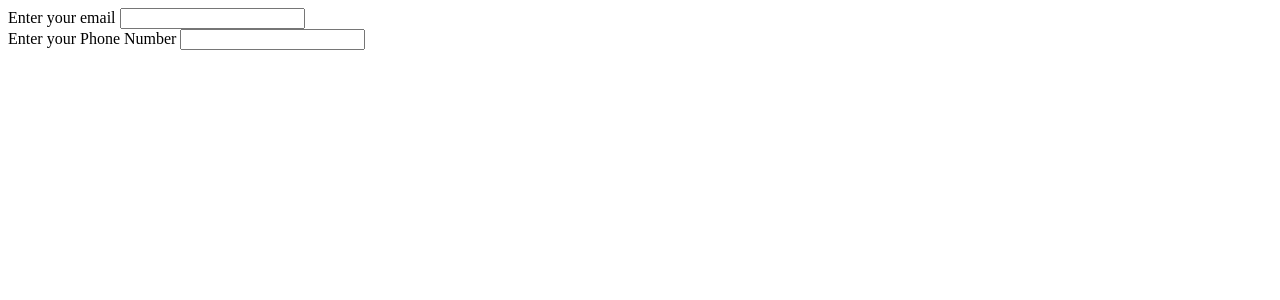
Repository: OmarAl-Saleh/Hospital-Emergency-System
Page: http://localhost/EmergencySystem/patient/sign-in.jsp
The author's editor kept a copy of each file at every save. The page is drawn from the files as they stood at one save, then again after the next save.
The browser window is 1280 px wide. The pictures show the whole page.
The page is served by Tomcat 9. Other server files are loaded and not shown.

Above is the page before, as saved 2024-05-22 08:18:28.

### EmergencySystem/EmergencySystem/src/main/webapp/patient/sign-in.jsp
<%@ page language="java" contentType="text/html; charset=ISO-8859-1"
    pageEncoding="ISO-8859-1"%>
<!DOCTYPE html>
<html>
<head>
<meta charset="ISO-8859-1">
<title>Patient sign in page</title>
</head>
<body>
<form action="patient" method="get">
<label>Enter your email</label>
<input type="email" name="email"/>
<br>
<label>Enter your Phone Number</label>
<input type="tel" name="phoneNumber"/>
</form>
</body>
</html>

After the next save:
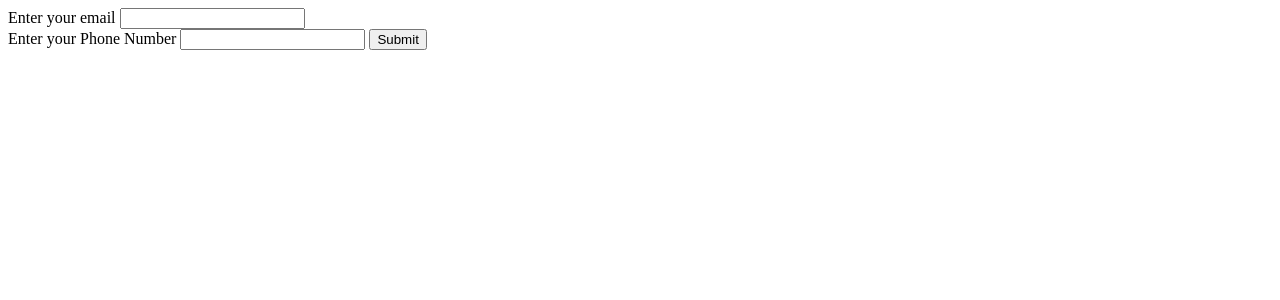
Saved 3 min 17 s later.
--- a/EmergencySystem/EmergencySystem/src/main/webapp/patient/sign-in.jsp
+++ b/EmergencySystem/EmergencySystem/src/main/webapp/patient/sign-in.jsp
@@ -13,6 +13,7 @@
 <br>
 <label>Enter your Phone Number</label>
 <input type="tel" name="phoneNumber"/>
+<input type="submit" name="submit" />
 </form>
 </body>
 </html>
